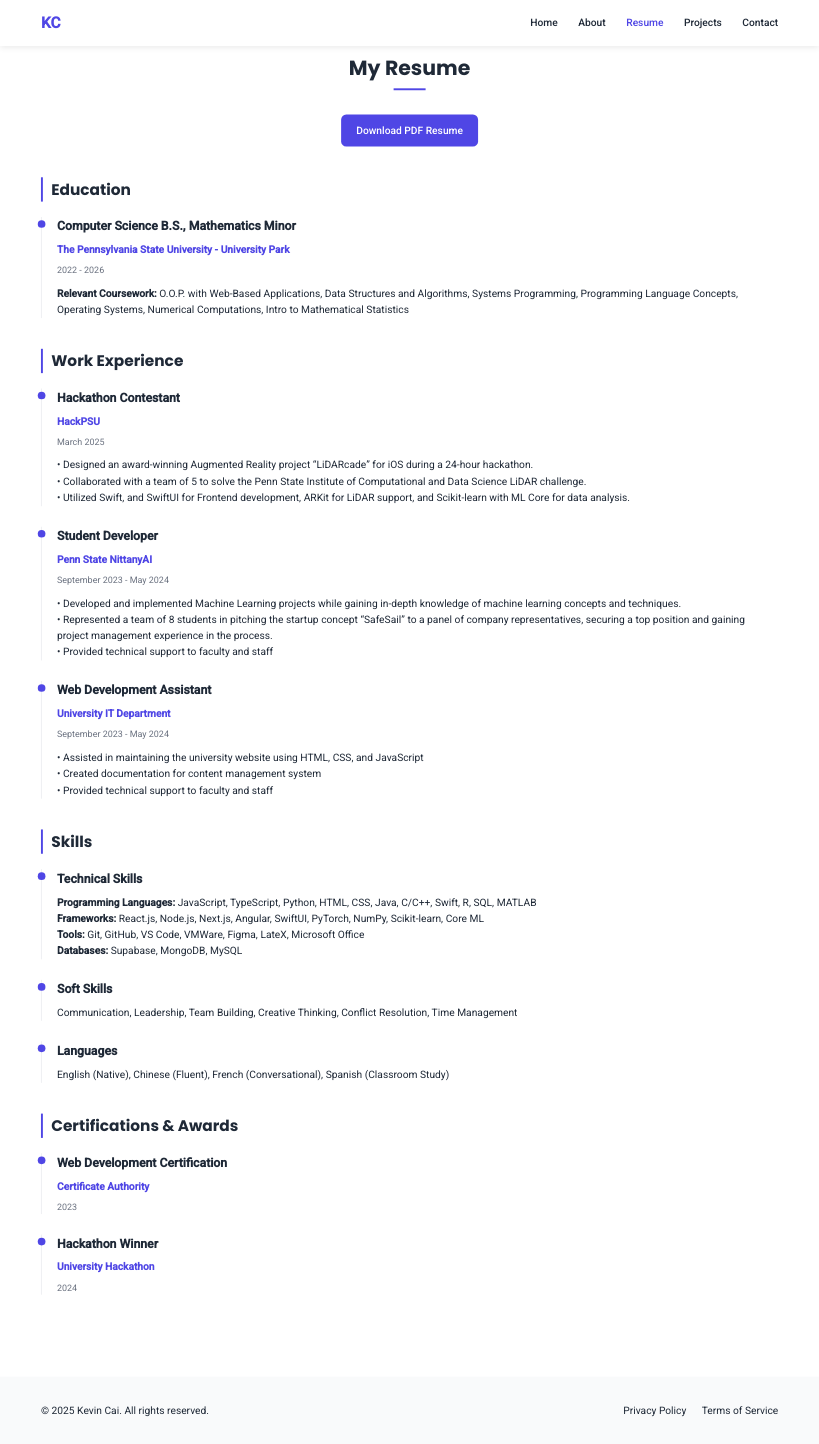
Repository: itskevbo/E-Portfolio
Page: pages/resume.html
An editor plug-in stored every save of this project. The page is shown before and after the next save, followed by the edit.
The browser window is 1280 px wide. The pictures show the whole page, at 64% of full size.

Above is the page before, as saved 2025-04-15 00:24:39.

After the next save:
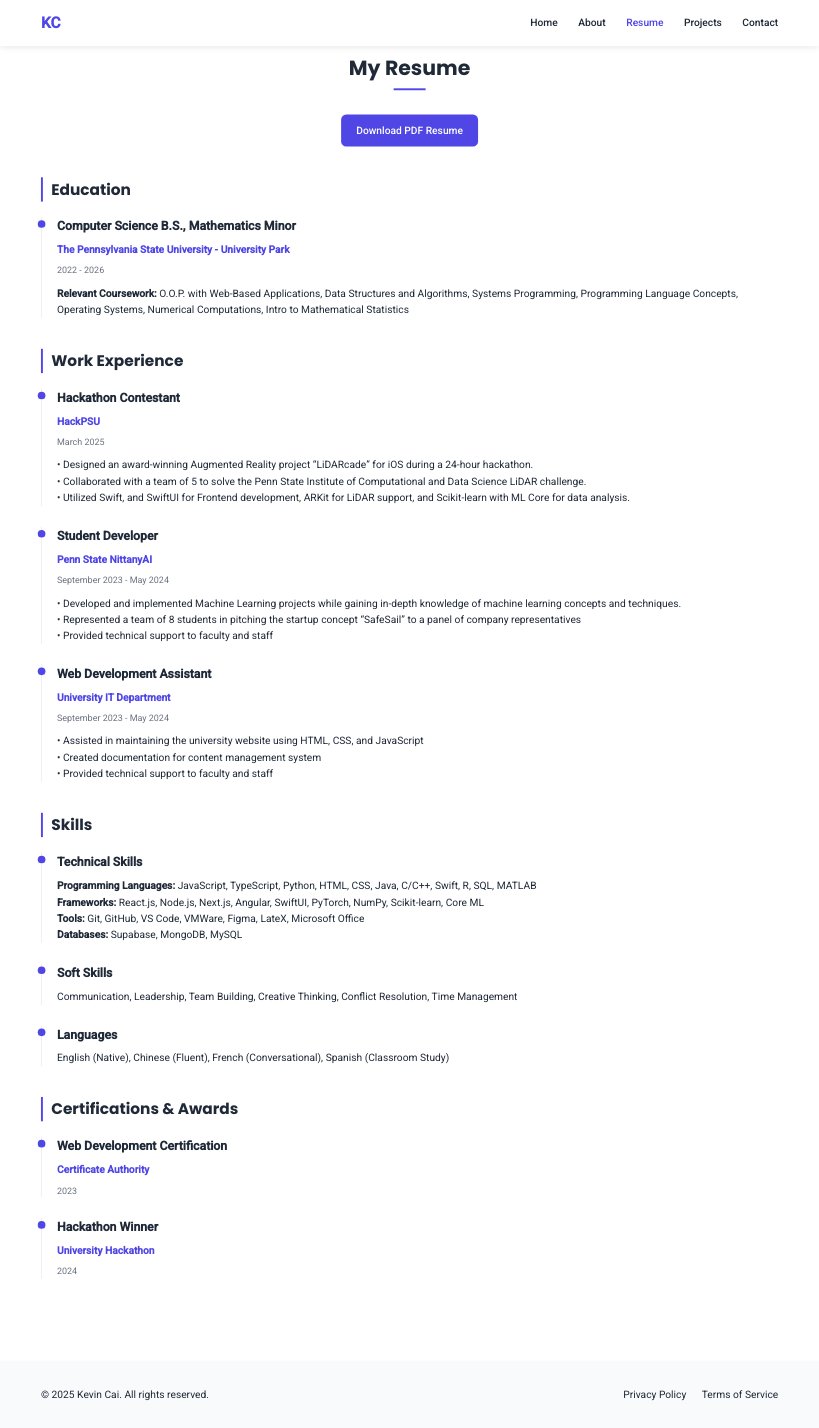
Saved 7 s later.
--- a/pages/resume.html
+++ b/pages/resume.html
@@ -157,7 +157,7 @@
                         <p class="resume-item__date">September 2023 - May 2024</p>
                         <p class="resume-item__description">
                             • Developed and implemented Machine Learning projects while gaining in-depth knowledge of machine learning concepts and techniques.<br>
-                            • Represented a team of 8 students in pitching the startup concept “SafeSail” to a panel of company representatives, securing a top position and gaining project management experience in the process.<br>
+                            • Represented a team of 8 students in pitching the startup concept “SafeSail” to a panel of company representatives<br>
                             • Provided technical support to faculty and staff
                         </p>
                     </div>
